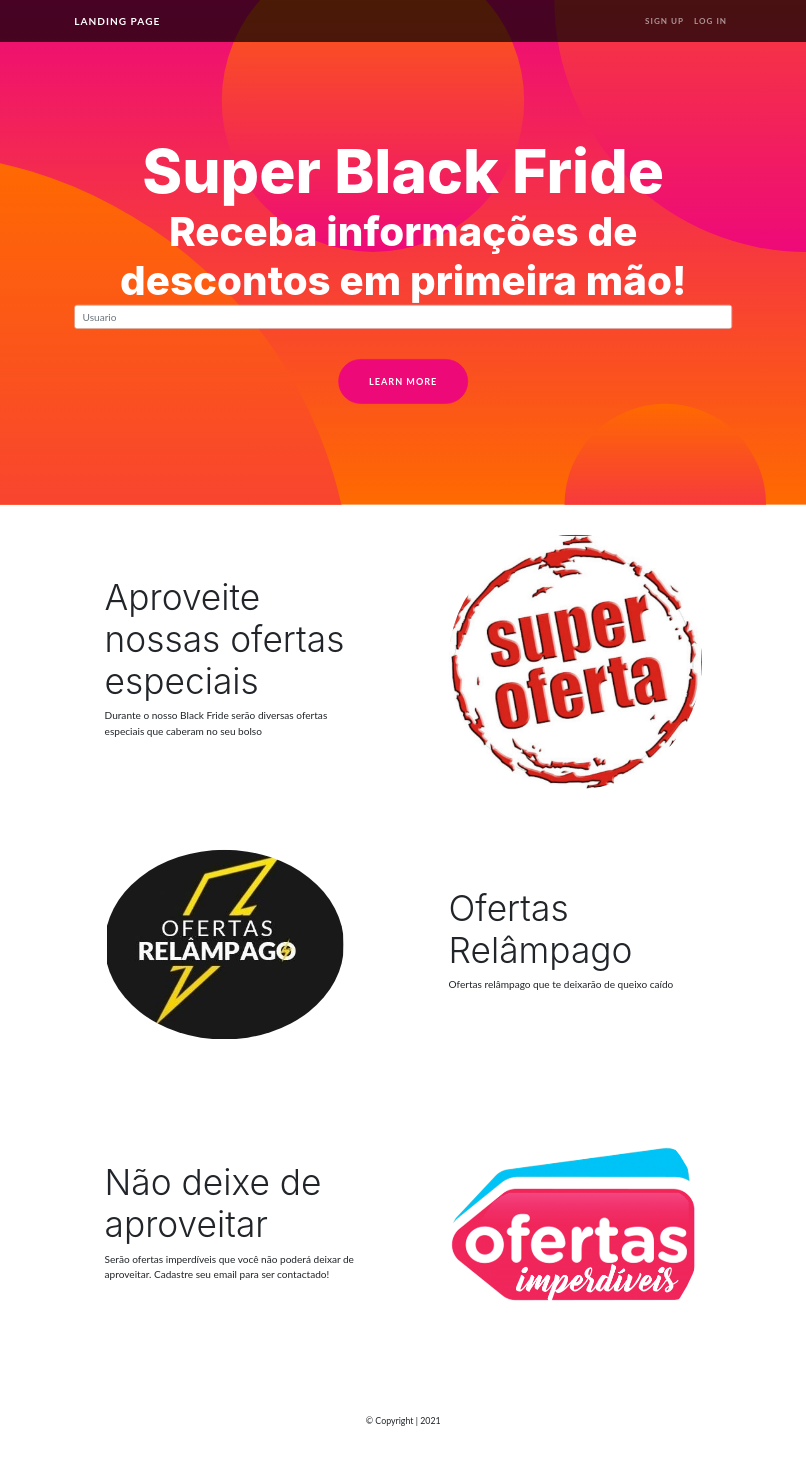
Repository: jrfalcao/landing-page
Page: /
An editor plug-in stored every save of this project. The page is shown before and after the next save, followed by the edit.
The browser window is 1280 px wide. The pictures show the whole page, at 63% of full size.
The project was rebuilt for these pictures with package versions that can differ from the ones it lists, and the page was loaded fresh each time.

Above is the page before, as saved 2021-07-18 22:07:40.

After the next save:
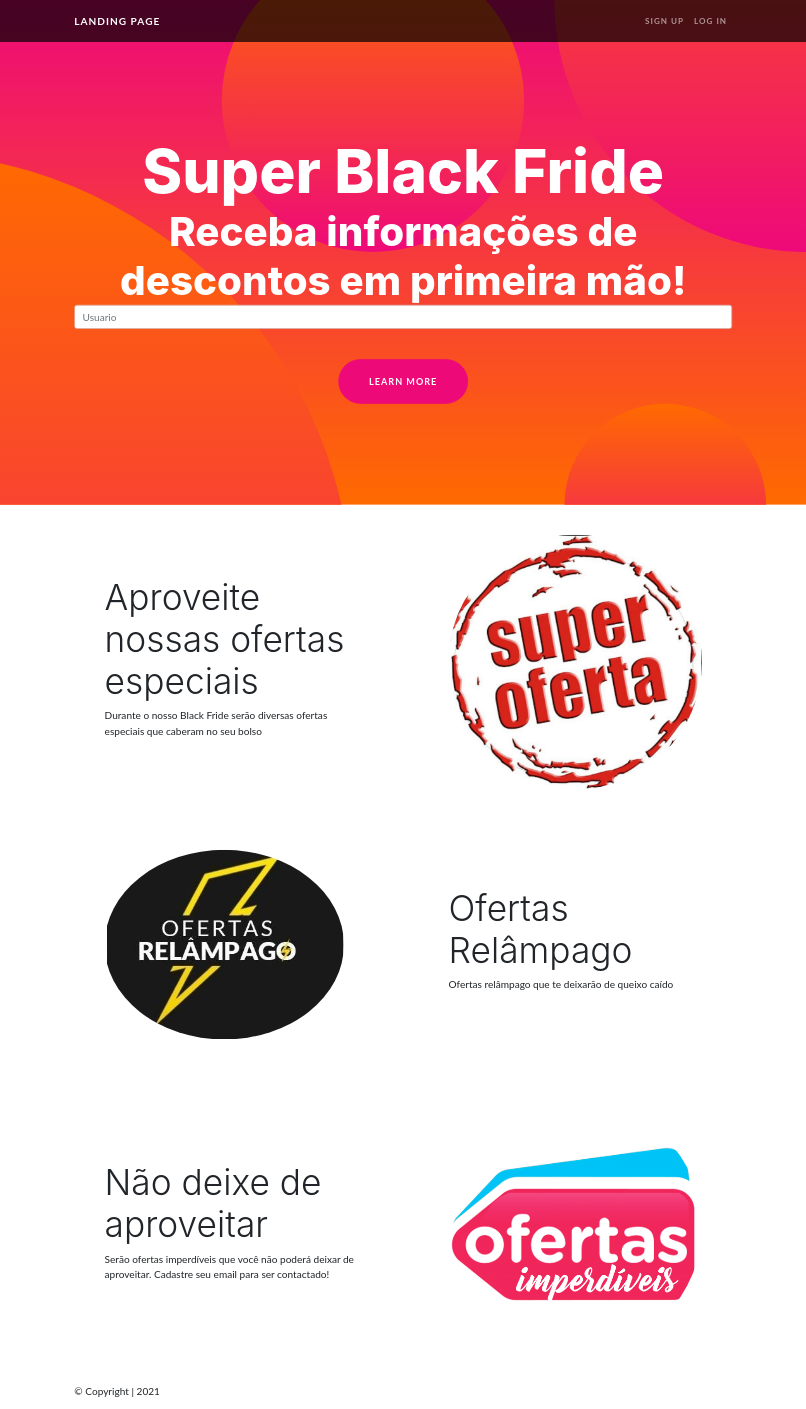
Saved 46 s later.
--- a/src/Components/Footer.js
+++ b/src/Components/Footer.js
@@ -3,8 +3,8 @@ import React from 'react';
 export default function Footer() {
 
 	return (
-		<footer className="py-5 bg-black">
-			<div className="container px-5"><p className="m-0 text-center small">&copy; Copyright | 2021</p></div>
+		<footer>
+			<div className="container px-5"><p>&copy; Copyright | 2021</p></div>
 		</footer>
 	);
 }
